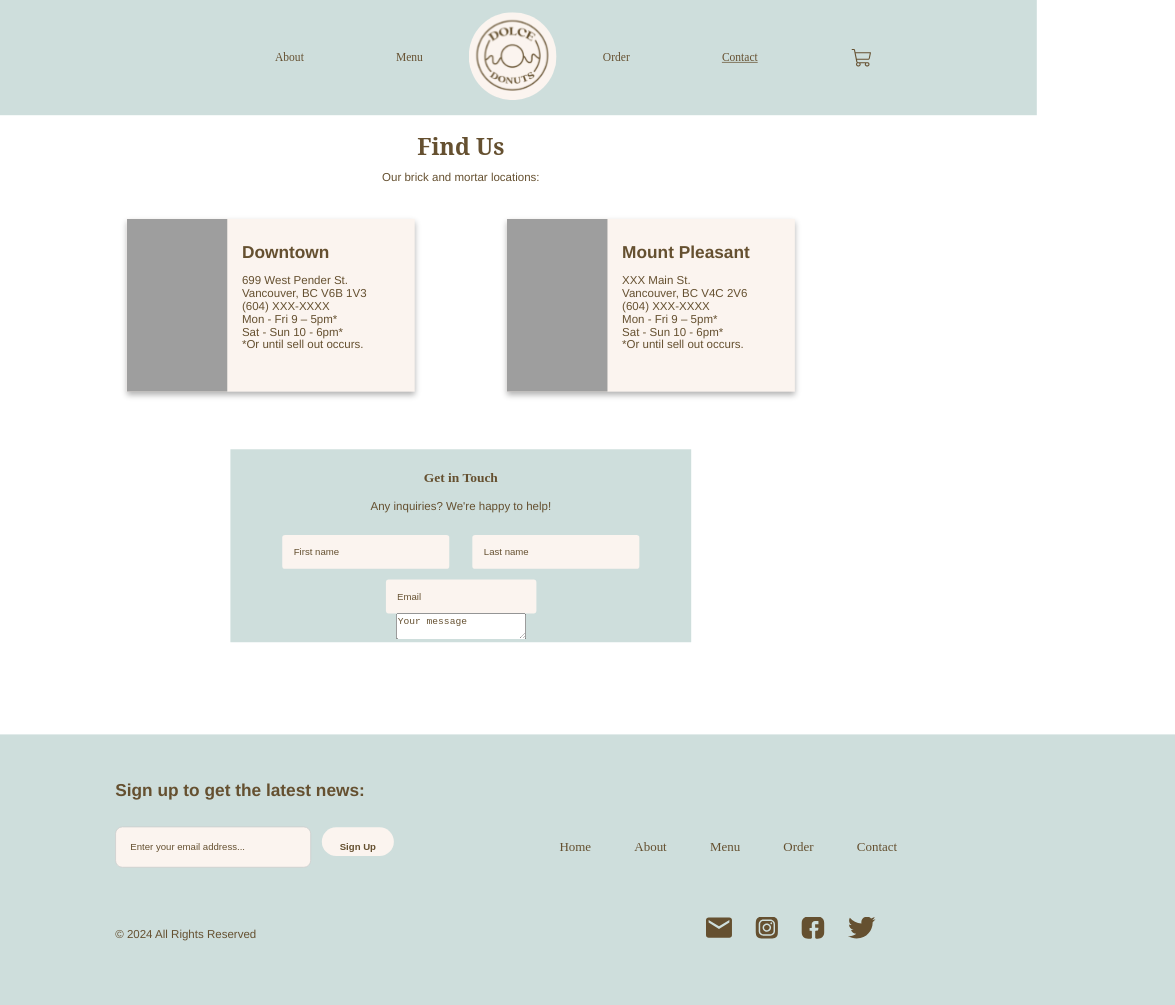
Repository: Crystalhtc/dolcedonuts
Page: /contact
The author's editor kept a copy of each file at every save. The page is drawn from the files as they stood at one save, then again after a run of saves.
The browser window is 1280 px wide. The page is 1632 px wide, so the pictures cover 1632 px, including what lies to the right of the window. The pictures show the whole page, at 72% of full size.
Pictures or frames that could not be fetched are drawn as grey boxes. The project was rebuilt for these pictures with package versions that can differ from the ones it lists, and the page was loaded fresh each time. Also part of the build but not shown: vite.config.js, src/pages/Home.module.css, src/pages/Home.jsx, src/components/ProductCard/ProductCard.jsx, src/Data/products.js, src/pages/Order.css, src/pages/Menu.jsx, src/pages/Order.jsx and 13 more.

Above is the page before, as saved 2024-10-20 15:25:33.

### src/App.jsx
import React from 'react';
import "./App.css";
import { BrowserRouter as Router, Route, Routes } from 'react-router-dom';
import Header from './components/Header/Header';
import Footer from './components/Footer/Footer';
import Home from './pages/Home';
import Menu from './pages/menu';
import Order from './pages/order';
import Contact from './pages/Contact';
import About from './pages/About';
import Checkout from './pages/Checkout';
import Cart from './pages/Cart';
import ProductDetails from './pages/ProductDetails';
import PaymentReview from './pages/PaymentReview';

function App() {

  return (
    <Router>
      <Header />
      <Routes>
        <Route path="/" element={<Home />} />
        <Route path="/about" element={<About />} />
        <Route path="/menu" element={<Menu />} />
        <Route path="/order" element={<Order />} />
        {/* <Route path="/productdetails/:id" element={<ProductDetails />} /> */}
        <Route path="/productdetails" element={<ProductDetails />} />
        <Route path="/contact" element={<Contact />} />
        <Route path="/cart" element={<Cart />} />
        <Route path="/checkout" element={<Checkout />} />
        <Route path="/paymentreview" element={<PaymentReview />} />
      </Routes>
      <Footer />
    </Router>
  );
}

export default App;

### src/App.css
@import url('https://fonts.googleapis.com/css2?family=Arimo:ital,wght@0,400..700;1,400..700&display=swap');
@import url('https://fonts.googleapis.com/css2?family=Noto+Serif:ital,wght@0,100..900;1,100..900&display=swap');

:root {
    --mint: #CEDEDC;
    --cream: #FBF4EF;
    --pink: #F5CCD6;
    --dark-pink: #E3BBC5;
    --brown: #655030;
    --dark-brown: #4C3B22;
}
body {
    margin: 0 auto;
}
/* font */
/* heading, button */
h1 {
    font-family: "Noto Serif", serif;
    color: #655030;
    font-size: 28pt;
}
/* subheading */
h2 {
    font-size: 24pt;
    font-family: 'Arimo', sans-serif;
    color: #655030;
}
/* paragraph */
p {
    font-family: 'Arimo', sans-serif;
    color: #655030;
}

.container {
    max-width: 1440px;
    margin: 0 auto;
    height: auto;
    /* padding: 20px;  */
}

### src/components/Header/Header.jsx
import { NavLink } from 'react-router-dom';
import styles from './Header.module.css';
import logo from '../../assets/logo.svg';
import cartIcon from '../../assets/cart-icon.svg';

export default function Header() {
  return (
    <nav className={styles.nav}>
      <ul className={styles.navList}>
        <li className={styles.navItem}>
          <NavLink to="/about" className={({ isActive }) => (isActive ? styles.activeLink : undefined)}>About</NavLink>
        </li>
        <li className={styles.navItem}>
          <NavLink to="/menu" className={({ isActive }) => (isActive ? styles.activeLink : undefined)}>Menu</NavLink>
        </li>
        <li className={styles.logoContainer}>
          <NavLink to="/">
            <img src={logo} alt="Logo" className={styles.logo} />
          </NavLink>
        </li>
        <li className={styles.navItem}>
          <NavLink to="/order" className={({ isActive }) => (isActive ? styles.activeLink : undefined)}>Order</NavLink>
        </li>
        <li className={styles.navItem}>
          <NavLink to="/contact" className={({ isActive }) => (isActive ? styles.activeLink : undefined)}>Contact</NavLink>
        </li>
        <li className={styles.navItem}>
          <NavLink to="/cart" className={({ isActive }) => (isActive ? styles.activeLink : undefined)}>
            <img src={cartIcon} alt="Cart" className={styles.cartIcon} />
          </NavLink>
        </li>
      </ul>
    </nav>
  );
}

### src/components/Footer/Footer.jsx
import React from 'react';
import styles from './Footer.module.css';
import socialMediaIcons from '../../assets/social-media-icons.svg';

const Footer = () => {
    return (
        <footer className={styles.footer}> {/* Use styles for className */}
            <h2 className={styles.signUpMessage}>Sign up to get the latest news:</h2>

            <div className={styles.topContainer}>
                <div className={styles.newsletterSignup}> {/* Use styles for className */}
                    <input type="email" placeholder="Enter your email address..." />
                       <button className={styles.signupButton}>Sign Up</button> {/* Use styles for className */}
                </div>

                 <div className={styles.footerLinks}>
                     <ul className={styles.linkList}>
                        <li><a href="/">Home</a></li>
                        <li><a href="/about">About</a></li>
                        <li><a href="/menu">Menu</a></li>
                        <li><a href="/order">Order</a></li>
                        <li><a href="/contact">Contact</a></li>
                    </ul>
                </div>
            </div>

            <div className={styles.footerBottomContainer}>
                <p>© 2024 All Rights Reserved</p>
                <div className={styles.socialMedia}> {/* Use styles for className */}
                    <img src={socialMediaIcons} alt="Social Media Icons" />
                </div>
            </div>
        </footer>
    );
};

export default Footer;

### src/pages/Contact.jsx
import styles from './Contact.module.css';
import Form from '../components/ContactUsForm/ContactForm';

export default function Contact() {
    return(
        <div className={styles.contactUsContainer}>
            <h1 className={styles.contactUsH1}>Find Us</h1>
            <p>Our brick and mortar locations:</p>
                <div className={styles.contactUsCardContainer}>
                    <div className={styles.contactUsCard}>
                        <div className={styles.locationOne}>
                            <img src="https://images.unsplash.com/photo-1574033566548-f6c3f48cc11e?q=80&w=2160&auto=format&fit=crop&ixlib=rb-4.0.3&ixid=M3wxMjA3fDB8MHxwaG90by1wYWdlfHx8fGVufDB8fHx8fA%3D%3D"
                            alt="cafe table 1"
                            width={140}
                            height={240}
                            className={styles.contactUsImg}
                            />
                            <div>
                                <h2 className={styles.contactUsText}>Downtown</h2>
                                    <p className={styles.contactUsText}> 699 West Pender St.
                                    <br/>
                                    Vancouver, BC V6B 1V3
                                    <br/>
                                    (604) XXX-XXXX
                                    <br/>
                                    Mon - Fri  9 – 5pm*
                                    <br/>
                                    Sat - Sun 10 - 6pm*
                                    <br/>
                                    *Or until sell out occurs.
                                    </p>
                            </div>

                        </div>
                    </div>

                    <div className={styles.contactUsCard}>
                        <div className={styles.locationOne}>
                            <img src="https://images.unsplash.com/photo-1613274554329-70f997f5789f?q=80&w=2574&auto=format&fit=crop&ixlib=rb-4.0.3&ixid=M3wxMjA3fDB8MHxwaG90by1wYWdlfHx8fGVufDB8fHx8fA%3D%3D"
                            alt="cafe table 2"
                            width={140}
                            height={240}
                            className={styles.contactUsImg}
                            />
                            <div>
                                <h2 className={styles.contactUsText}>Mount Pleasant</h2>
                                    <p className={styles.contactUsText}> XXX Main St.
                                    <br/>
                                    Vancouver, BC V4C 2V6
                                    <br/>
                                    (604) XXX-XXXX
                                    <br/>
                                    Mon - Fri  9 – 5pm*
                                    <br/>
                                    Sat - Sun 10 - 6pm*
                                    <br/>
                                    *Or until sell out occurs.
                                    </p>
                            </div>
                        </div>
                    </div>
                </div>
            <Form/>
        </div>
    )
}

### src/components/Header/Header.module.css
.nav {
    width: 1440px;
    height: 160px;
    background-color: var(--mint);
    display: flex;
    justify-content: center;
    flex-shrink: 0;
    margin: auto;
}

.navList {
    list-style-type: none;
    display: flex;
    justify-content: center;
    align-items: center;
    margin: 0;
    padding: 0;
    width: 100%;

    margin-left: 11%;
}

.navItem {
    margin: 0 4rem;
}

.navItem a {
    text-decoration: none;
    color: var(--brown);
}

.logoContainer {
    flex: 0 0 auto;
}

.logo {
    width: 122px;
    height: 122px;
    object-fit: contain;
}

.cartIcon {
    width: 36px;
    height: auto;
}

.navItem .activeLink {
    text-decoration: underline;
    color: var(--brown);
}

### src/components/Footer/Footer.module.css
.footer {
    width: 1440px;
    height: 312px;
    background-color: var(--mint);
    padding: 2rem;
    color: var(--brown);
    padding-left: 10rem;
    flex-shrink: 0;
    margin: auto;
}

.topContainer {
    display: flex;
    align-items: center;
    gap: 10rem;
}

.footerBottomContainer {
    display: flex;
    margin-top: 3rem;
    gap: 39rem;
}

.newsletterSignup input {
    padding: 20px;
    width: 230px;
    border: 1px solid #ccc;
    background-color: var(--cream);
    border-radius: 10px;
}

.signupButton {
    width: 100px;
    padding: 20px;
    margin-left: 15px;
    background-color: var(--cream);
    color: var(--brown);
    font-weight: bold;
    border: none;
    border-radius: 20px;
}

.footerLinks {
    margin: 20px 0;
    display: flex;
    font-size: large;
}

.linkList a {
    color: var(--brown);
    list-style-type: none;
    text-decoration: none;
}

.linkList li {
    text-decoration: none;
    display: inline;
    margin: 0 30px;
}

.socialMedia img {
    width: 250px;
    height: auto;
}

### src/pages/Contact.module.css
.contactUsContainer {
    text-align: center;
}

.contactUsH1 {
    margin-bottom: -2px;
}

.contactUsCardContainer {
    display: flex;
    gap: 10%;
    justify-content: center;
    margin-top: 3rem;
}

.locationOne {
    display: flex;
}

.contactUsText {
    text-align: left;
    padding-left: 20px;
}

.contactUsCard {
    background-color: var(--cream);
    width: 400px;
    box-shadow: 0 4px 8px rgba(0, 0, 0, 0.3);
    margin-bottom: 5rem;
}

### src/components/ContactUsForm/ContactForm.jsx
import { useState } from "react";
import styles from './ContactForm.module.css';

export default function Form() {
    const [firstName, setFirst] = useState('');
    const [lastName, setLast] = useState('');
    const [submitted, setSubmitted] = useState(false);

    const handleSubmission = async (e) => {
        e.preventDefault();
        console.log('Thank you for your inquiry!');
        setSubmitted(true);
    };

    return (
        <>
            {submitted ? (
                <div className={styles.successfulMessage}>
                    <h2>Thank you for your inquiry!</h2>
                    <p>You will hear from us within 14 business days.</p>
                </div>
            ) : (
                <form onSubmit={handleSubmission} className={styles.formContainer}>
                    <div className={styles.nameContainer}>
                        <h3>Get in Touch</h3>
                        <p>Any inquiries? We're happy to help!</p>
                        <div className={styles.nameFieldContainer}>
                            <div className={styles.nameField}>
                                <input
                                    className={styles.inputWidth}
                                    name="firstName"
                                    placeholder="First name"
                                    type="text"
                                    value={firstName}
                                    onChange={(e) => setFirst(e.target.value)}
                                    required
                                />
                            </div>
                            <div className={styles.nameField}>
                                <input
                                    className={styles.inputWidth}
                                    name="lastName"
                                    placeholder="Last name"
                                    type="text"
                                    value={lastName}
                                    onChange={(e) => setLast(e.target.value)}
                                    required
                                />
                            </div>
                        </div>
                        <div className={styles.formPlaceholders}>
                            <input type="email" name="email" placeholder="Email"/>
                        </div>

                        <div className={styles.formPlaceholders}>
                            <textarea name="message" placeholder="Your message"></textarea>
                        </div>
                    </div>

                </form>
            )}
        </>
    );
}

{/* <div className={styles.contactFormContainer}>
            <h2>Get in touch</h2>
            <p>Any inquiries? We're happy to help.</p>
            <form className={styles.form}>
                <div className={styles.formPlaceholdersName}>
                    <input type="text" name="firstName" placeholder="First name"/>
                    <br/>
                    <input type="text" name="lastName" placeholder="Last name"/>
                </div>

                <div className={styles.formPlaceholders}>

                </div>

                <div className={styles.formPlaceholders}>
                    <input type="email" name="email" placeholder="Email"/>
                </div>

                <div className={styles.formPlaceholders}>
                    <textarea name="message" placeholder="Your message"></textarea>
                </div>
            </form>
        </div> */}

### src/pages/Checkout.module.css
.checkoutContainer {
    display: flex;
    align-items: center;
    justify-content: center;
}

input {
    background-color: var(--cream);
    border: none;
    padding: 1rem;
    border-radius: 4px;
}

.contactInputs {
    display: flex;
    flex-direction: column;
}

.checkoutContainer {
    display: flex;
    justify-content: space-between;
    align-items: start;
    padding: 2rem;
    max-width: 1200px;
    margin: 0 auto;
    gap: 3rem;
}

.leftColumn {
    flex: 2;
}

.rightColumn {
    flex: 1;
    padding: 2rem;
    height: fit-content;
    border-left: 1px solid var(--brown);
}

::placeholder {
    color: var(--brown);
}

h3 {
    color: var(--brown);
}

/* Contact Section */
.contactInputs {
    display: flex;
    flex-direction: column;
    gap: 1rem;
}

/* Delivery Section */
.deliveryOptions {
    display: flex;
    flex-direction: column;
    align-items: center;
}

.deliveryToggle {
    display: flex;
    align-items: center;
    gap: 1rem;
    margin: 1rem 0;
    background-color: var(--cream);
    border-radius: 10px;
    padding: 0.5rem;
    width: 60%;
}

/* Delivery Toggle Buttons */
.deliveryToggle {
    display: flex;
    gap: 1rem; /* Space between buttons */
}

.deliveryToggle button {
    padding: 0.75rem 1rem;
    border: none;
    border-radius: 20px;
    cursor: pointer;
    flex: 1;
    transition: background-color 0.3s ease; /* Smooth transition */
}

/* Default styles */
.pickupButton {
    background-color: transparent; /* Inactive state */
    color: var(--brown); /* Text color */
}

.deliveryButton {
    background-color: transparent; /* Inactive state */
    color: var(--brown); /* Text color */
}

/* Active styles */
.pickupButton.active,
.deliveryButton.active {
    background-color: var(--mint); /* Active button color */
}

/* Hover state */
.deliveryToggle button:hover {
    background-color: pink; /* Hover state */
}

/* Optional: Set a specific color for inactive buttons' text */
.deliveryToggle button:not(.active) {
    color: var(--brown); /* Change to desired inactive text color */
}

.addresses {
    display: flex;
    flex-direction: column;
    gap: 1rem;
}

.downtown, .mountPleasant {
    background-color: var(--cream);
    border-radius: 10px;
    padding: 1rem;
    display: flex;
    gap: 1rem;
    align-items: start;
}


/* Payment Section */
.paymentContainer {
    margin: 1rem 0;
}

.creditCardTitle {
    background: var(--mint);
    padding: 0.5rem 1rem;
    margin-bottom: 1rem;
}

.paymentInputs {
    display: flex;
    flex-direction: column;
    gap: 1rem;
}

.fullWidthInput input {
    width: 100%;
}

.halfWidthInput {
    display: flex;
    justify-content: space-between;
}

.firstHalfInput {
    width: 100%;
}

.secondHalfInput {
    width: 100%;
    display: flex;
    justify-content: end;
}

.firstHalfInput input {
    width: 90%;
}

.secondHalfInput input {
    width: 90%;
}

.halfWidthInputField input {
    width: 50%
}

.paymentInputs > div {
    display: flex;
    gap: 1rem;
}

/* Right Column Styling */
.checkoutProducts {
    display: flex;
    flex-direction: column;
    gap: 1rem;
    margin-bottom: 2rem;
}

.discountCode {
    display: flex;
    gap: 1rem;
    margin-bottom: 2rem;
    height: 3rem;
}

.discountInput {
    flex: 1;
    background: none;
    border: 2px solid var(--mint);
}

.discountButton {
    height: 3rem;
    padding: 0 1.5rem;
    background: none;
    border: none;
    border-radius: 10px;
    cursor: pointer;
    background: var(--cream);
}

.discountButton:hover {
    background: var(--brown);
    color: var(--cream);
}

.price {
    display: flex;
    flex-direction: column;
    margin-bottom: 2rem;
}

.subtotal, .tax, .total {
    display: flex;
    justify-content: space-between;
    align-items: center;
}

.total {
    font-weight: bold;
    font-size: 1.2rem;
    border-top: 1px solid #ccc;
    padding-top: 1rem;
}

/* Section Headers */
h1 {
    margin-bottom: 2rem;
    font-size: 2rem;
}

h2 {
    margin: 2rem 0 1rem 0;
    font-size: 1.5rem;
}

/* Responsive Design */
@media (max-width: 768px) {
    .checkoutContainer {
        flex-direction: column;
        padding: 1rem;
    }

    .rightColumn {
        width: 100%;
    }

    .paymentInputs > div,
    .addressInputs > div {
        flex-direction: column;
    }
}

### src/pages/PaymentReview.module.css

.reviewContainer > h1 {
    margin: 2rem auto;
    text-align: center;
    color: var(--brown);
}

.orderReview {
    display: flex;
    justify-content: space-between;
    align-items: start;
    width: 100%;
    gap: 2rem;
}

.orderDetails {
    flex: 2;
    margin-left: 2rem;
}

.orderSummary {
    flex: 1;
    padding: 2rem;
    height: fit-content;
    border-left: 1px solid var(--brown);
}

.orderTable {
    border-collapse: collapse;
    background: var(--cream);
}

.orderTable tr {
    border: 1px solid var(--brown);
}

.orderTable td {
    padding: 1rem;
    color: var(--brown);
}

.orderTable td:first-child {
    font-weight: bold;
    width: 30%;
}

.productList {
    display: flex;
    flex-direction: column;
    gap: 1rem;
    margin-bottom: 2rem;
}

.productCard {
    display: flex;
    gap: 1rem;
    padding: 1rem;
    border: 1px solid var(--brown);
    background-color: var(--cream);
    align-items: start;
    justify-content: start;
}

.productImage {
    width: 80px;
    height: 80px;
    background-color: #f0f0f0;
    border-radius: 4px;
}

.productInfo {
    flex: 1;
    color: var(--brown);
}

.productName {
    font-size: 1.2rem;
    font-weight: bold;
    color: var(--brown);
}

.productPrice {
    color: var(--brown);
    font-weight: bold;
}

.priceSummary {
    display: flex;
    flex-direction: column;
    margin-bottom: 2rem;
}

.subtotal, .tax, .total {
    display: flex;
    justify-content: space-between;
    align-items: center;
    color: var(--brown);
}

.total {
    font-weight: bold;
    font-size: 1.2rem;
    border-top: 1px solid var(--brown);
    padding-top: 1rem;
}

.continueButtonContainer {
    width: 100%;
    display: flex;
    justify-content: center;
    margin-top: 2rem;
}

.continueButton {
    width: 50%;
}

/* Section Headers */
h1 {
    margin-bottom: 2rem;
    font-size: 2rem;
    color: var(--brown);
}

/* Responsive Design */
@media (max-width: 768px) {
    .reviewContainer {
        padding: 1rem;
    }

    .orderSummary {
        width: 100%;
        border-left: none;
        border-top: 1px solid var(--brown);
        padding-top: 2rem;
    }

    .continueButton button {
        width: 100%;
    }

    .orderTable td {
        display: block;
        width: 100%;
    }

    .orderTable td:first-child {
        width: 100%;
        padding-bottom: 0;
    }
}

### src/components/ProductCard/ProductCard.module.css
.container {
    width: 340px;
    height: 530px;
    border-radius: 8px;
    padding: 18px 8px;
    box-shadow: 0px 4px 4px 0px rgba(0, 0, 0, 0.25);
    display: flex;
    flex-direction: column;
    align-items: center;
}
.priceAndButton {
    display: flex;
    flex-direction: row;
    align-items: center;
    gap: 10em;
}
button {
    width: 95px;
    height: 36px;
    border-radius: 8px;
    border: none;
    color: var(--brown);
    background: var(--Cream, #FBF4EF);
}
button h2 {
    margin: 0;
}

### src/components/ContactUsForm/ContactForm.module.css
.form {
    justify-content: left;
    text-align: left;
}
.formPlaceholdersName {
    display: flex;
}

.contactFormContainer {
    text-align: center;
}

.nameFieldContainer {
    display: flex;
    justify-content: center;
    gap: 5%;
    padding-top: 15px;
    padding-bottom: 15px;
}

.inputWidth{
    width: 200px;
}

form {
    background-color: var(--mint);
    margin-left: 25%;
    margin-right: 25%;
    margin-bottom: 10%;
    padding-top: 10px;
}

Loaded but not shown: index.html (common file); src/main.jsx (common file)

After the next 2 saves:
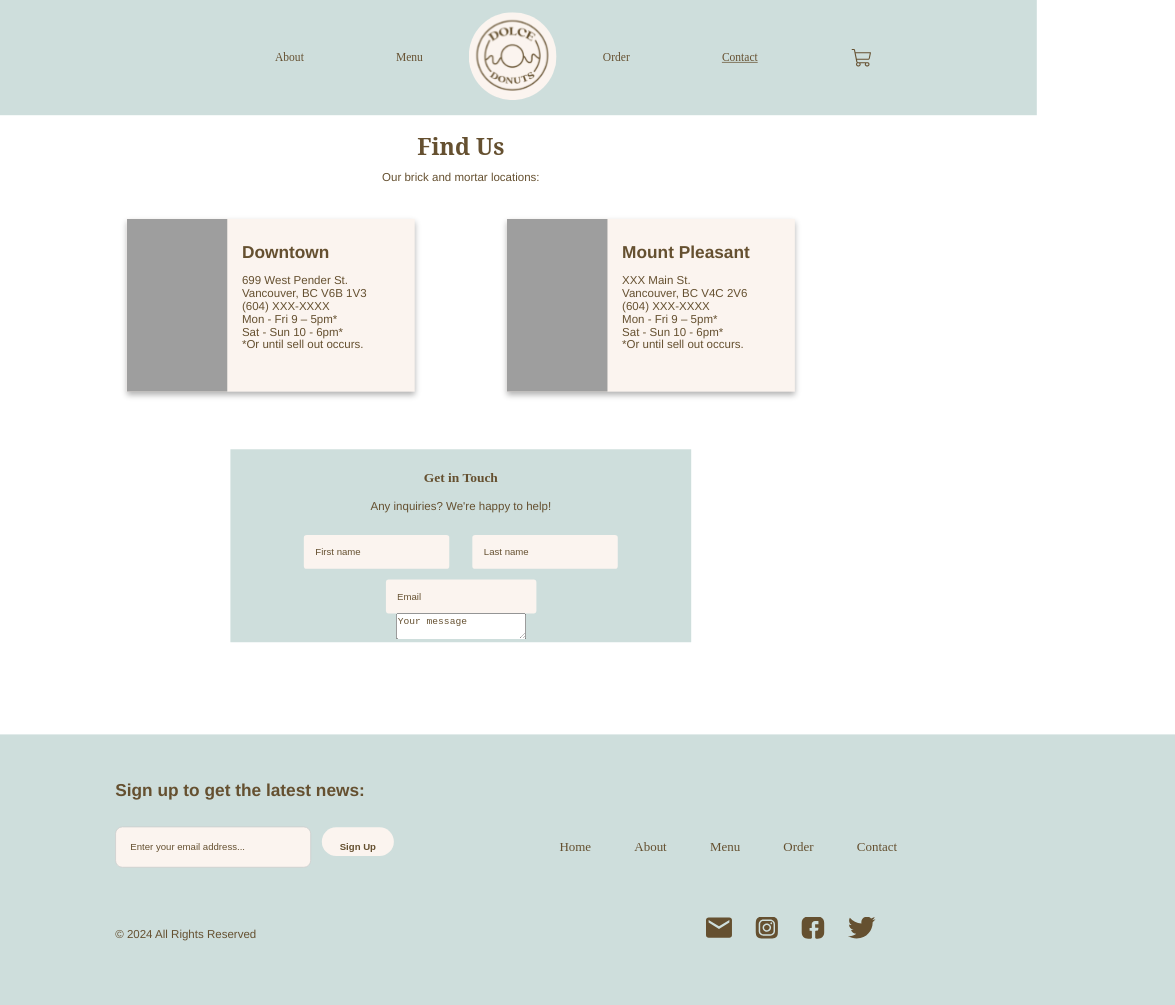
The 2 saves are shown as one change because they came seconds apart.
The last was saved 20 s later.
--- a/src/components/ContactUsForm/ContactForm.module.css
+++ b/src/components/ContactUsForm/ContactForm.module.css
@@ -19,7 +19,7 @@
 }
 
 .inputWidth{
-    width: 200px;
+    width: 170px;
 }
 
 form {
